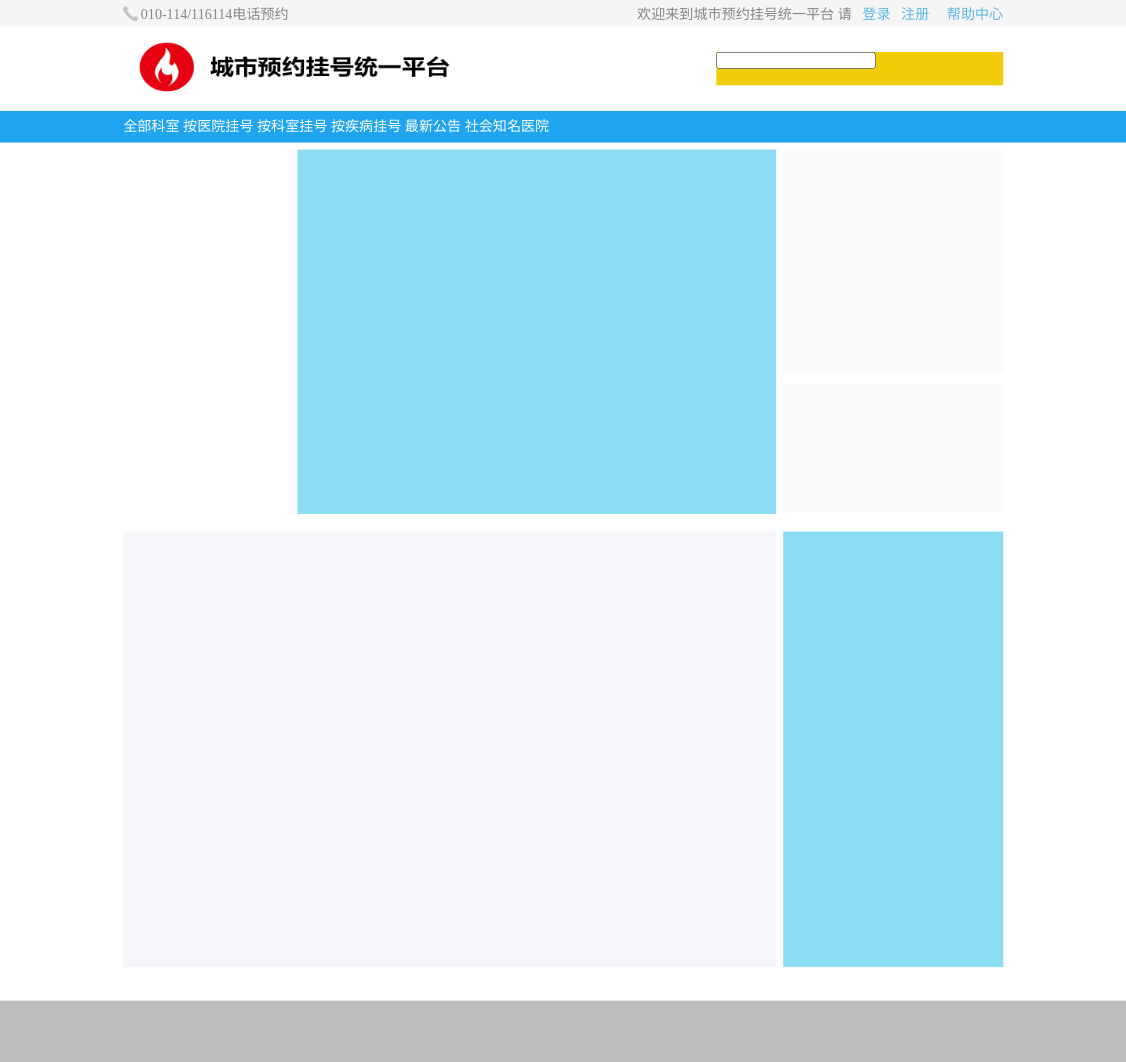
Repository: zhenzhen-gong/HospitalDemo
Page: index.html
An editor plug-in stored every save of this project. The page is shown before and after the next save, followed by the edit.
The browser window is 1280 px wide. The pictures show the whole page, at 88% of full size.

Above is the page before, as saved 2020-07-08 16:10:02.

### index.html
<!DOCTYPE html>
<html lang="en">

<head>
    <meta charset="UTF-8">
    <meta name="viewport" content="width=device-width, initial-scale=1.0">
    <title>城市医院预约平台</title>
    <link rel="stylesheet" href="css/style.css">
    <script src="js/script.js"></script>
</head>

<body>
    <div class="top">
        <div class="top-wrap">
            <div class="call">&nbsp;&nbsp;&nbsp;&nbsp;&nbsp;010-114/116114电话预约</div>
            <div class="welcom">
                欢迎来到城市预约挂号统一平台&nbsp;请&nbsp;&nbsp;
                <a href="#">登录</a>&nbsp;&nbsp;
                <a href="#">注册</a>&nbsp;&nbsp;&nbsp;&nbsp;
                <a href="#">帮助中心</a>
            </div>
        </div>
    </div>
    <div class="header">
        <div class="header-wrap">
            <div class="logo"><img src="./img/logo.png" alt="logo"></div>
            <div class="search">
                <span class="=tag"></span>
                <input type="text">
                <span ></span>
            </div>
        </div>
    </div>
    <div class="nav">
        <div class="nav-menu">
            <ul>
                <li>全部科室</li>
                <li>按医院挂号</li>
                <li>按科室挂号</li>
                <li>按疾病挂号</li>
                <li>最新公告</li>
                <li>社会知名医院</li>
            </ul>
        </div>
    </div>
    <div class="banner">
        <div class="banner-slider"></div>
        <div class="banner-right">
            <div class="banner-search"></div>
            <div class="banner-help"></div>
        </div>
    </div>
    <div class="content">
        <div class="tad">
            <div class="tab-hosital"></div>
            <div class="tab-department"></div>
        </div>
        <div class="content-right">
            <div class="news"></div>
            <div class="close"></div>
        </div>
    </div>
    <div class="footer"></div>
</body>

</html>

### css/style.css
*{
    margin: 0;
    padding: 0;
}
a{
    text-decoration: none;
}
/* top部分样式 */
.top{
    height: 30px;
    width: 100%;
    background: #f5f5f5;
}
.top .top-wrap{
    width: 1000px;
    height: 100%;
    margin: 0 auto;
    display: flex;
    justify-content: space-between;
    align-items: center;
    color: #868686;
}
.top .top-wrap .call{
    background: url("../img/icon-call.png") no-repeat center left;
}
.top .top-wrap .welcom a{
    color: #5bb8e8;
}
/* header部分 */
.header{
    width: 100%;
    height: 96px;
}
.header .header-wrap{
    width: 1000px;
    height: 100%;
    margin: 0 auto;
    display: flex;
    justify-content: space-between;
    align-items: center;
}
.header .header-wrap .logo img{
    height: 74px;
    width: 403px;
}
.header .header-wrap .search{
    height: 38px;
    width: 326px;
    background: #f1cd09;
}


/* nva导航部分 */
.nav{
    width: 100%;
    height: 36px;
    background: #1fa4f0;
}
.nav .nav-menu{
    width: 1000px;
    height: 100%;
    margin: 0 auto;
}
.nav .nav-menu ul{
    width: 100%;
}
.nav .nav-menu ul li{
    height: 36px;
    line-height: 36px;
    text-align: center;
    list-style: none;
    display: inline-block;
    color: #ffffff;
}
.nav .nav-menu ul li:last-child{
    align-items: right;
}


/* banner部分 */
.banner{
    height: 432px;
    width: 1000px;
    margin: 0 auto;
    padding-left: 190px;
    box-sizing: border-box;
}
.banner-slider{
    height: 414px;
    width: 544px;
    background: #8bddf3;
    margin: 8px 8px 0 8px ;
    float: left;
}
.banner-right{
    float: right;
    width: 250px;
    height: 414px;
    margin-top: 8px;
}
.banner-right .banner-search{
    height: 254px;
    background: #fafafa;
    margin-bottom: 12px;
}
.banner-right .banner-help{
    height: 146px;
    background: #fafafa;
}
/* content部分 */
.content{
    height: 495px;
    width: 1000px;
    margin: 10px auto 38px;
}
.content .tad{
    float: left;
    background: #f4f6fa;
    height: 495px;
    width: 742px;
}
.content .content-right{
    float: right;
    width: 250px;
    height: 495px;
    margin-left: 8px;
    background: #8bddf3;
}
/* footer部分 */
.footer{
    height: 70px;
    width: 100%;
    background: #bdbdbe;
}

Loaded but not shown: js/script.js (no stored copy; drawn as an empty file)

After the next save:
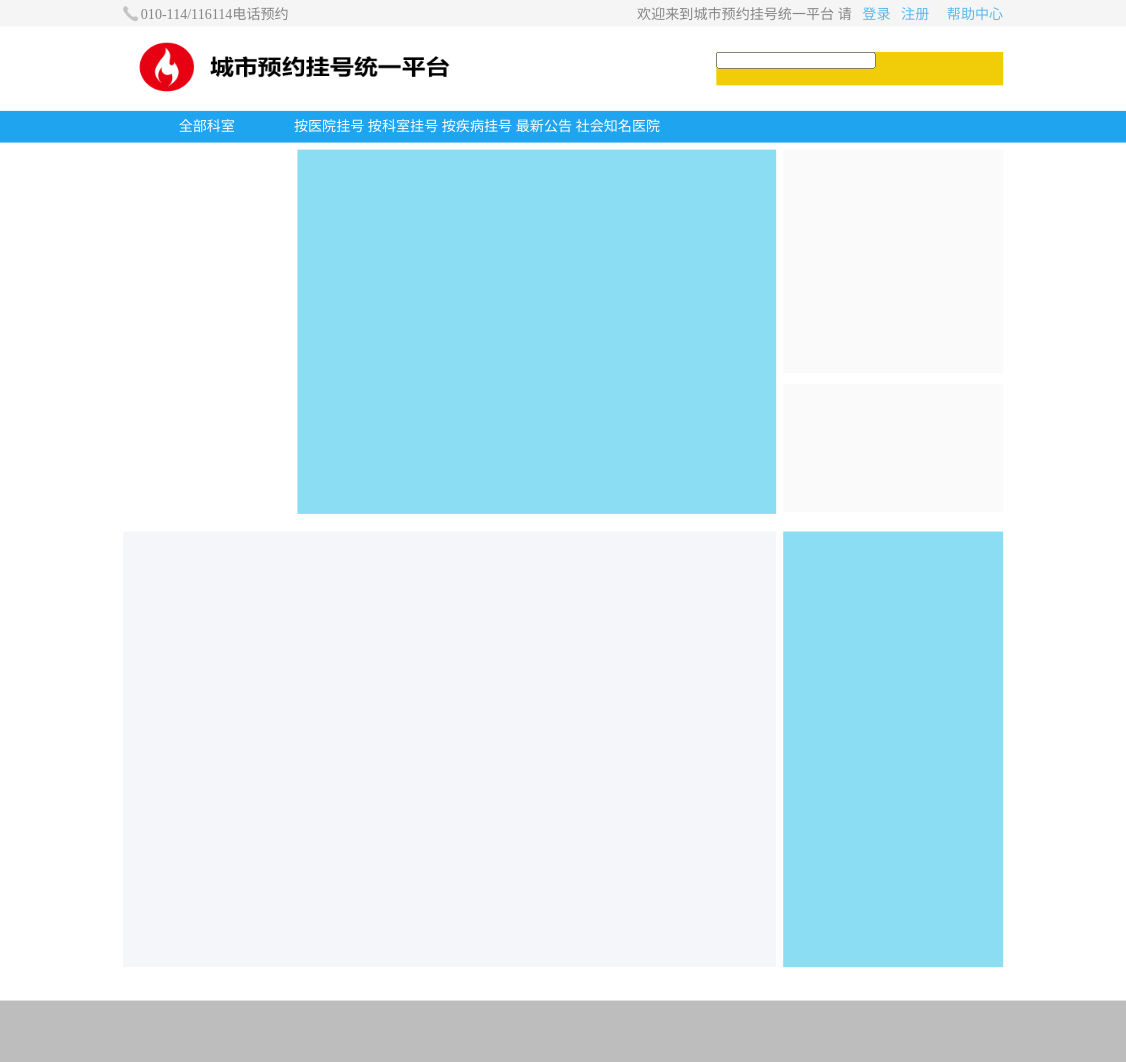
Saved 69 s later.
--- a/css/style.css
+++ b/css/style.css
@@ -61,9 +61,6 @@
     height: 100%;
     margin: 0 auto;
 }
-.nav .nav-menu ul{
-    width: 100%;
-}
 .nav .nav-menu ul li{
     height: 36px;
     line-height: 36px;
@@ -71,6 +68,10 @@
     list-style: none;
     display: inline-block;
     color: #ffffff;
+}
+.nav .nav-menu ul li:first-child{
+    width: 190px;
+    text-align: center;
 }
 .nav .nav-menu ul li:last-child{
     align-items: right;
